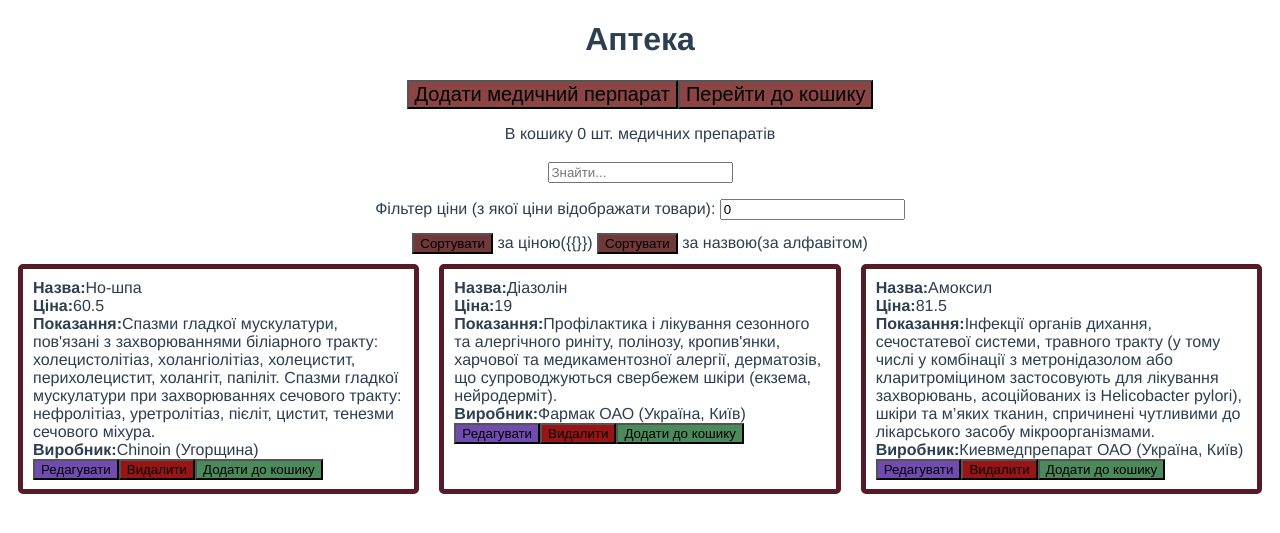
Repository: kristinap8/pharmacy
Page: /
An editor plug-in stored every save of this project. The page is shown before and after the next save, followed by the edit.
The browser window is 1280 px wide. The pictures show the whole page.
The project was rebuilt for these pictures with package versions that can differ from the ones it lists, and the page was loaded fresh each time. Also part of the build but not shown: src/components/AddMedicineForm/index.vue, src/pages/AddMedicine/index.vue, src/components/EditMedicineForm/index.vue, src/pages/EditMedicine/index.vue, src/components/CartForm/index.vue, src/pages/Cart/index.vue.

Above is the page before, as saved 2020-12-10 11:28:37.

After the next save:
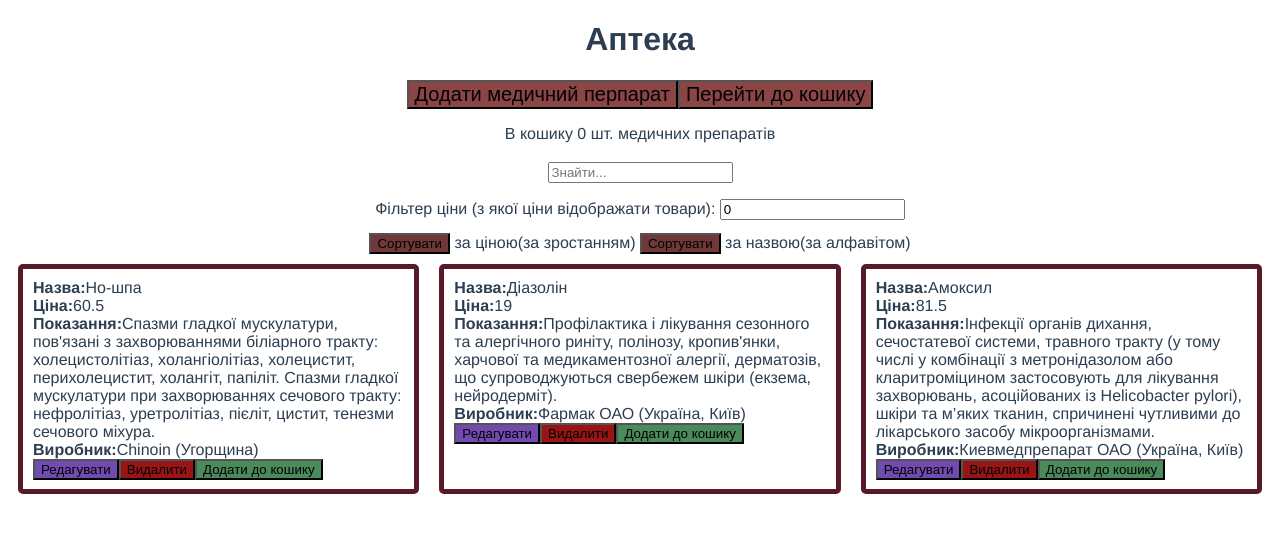
Saved 8 s later.
--- a/src/components/MedicinesList/index.vue
+++ b/src/components/MedicinesList/index.vue
@@ -11,7 +11,7 @@
         </div>
         <div class="sort">
               <button id="s" @click="sortByPrice">Сортувати</button>
-                за ціною({{}})
+                за ціною({{sortP}})
                 <button id="s" @click="sortByName">Сортувати</button>
                 за назвою({{sortByNameDir}})
         </div>
